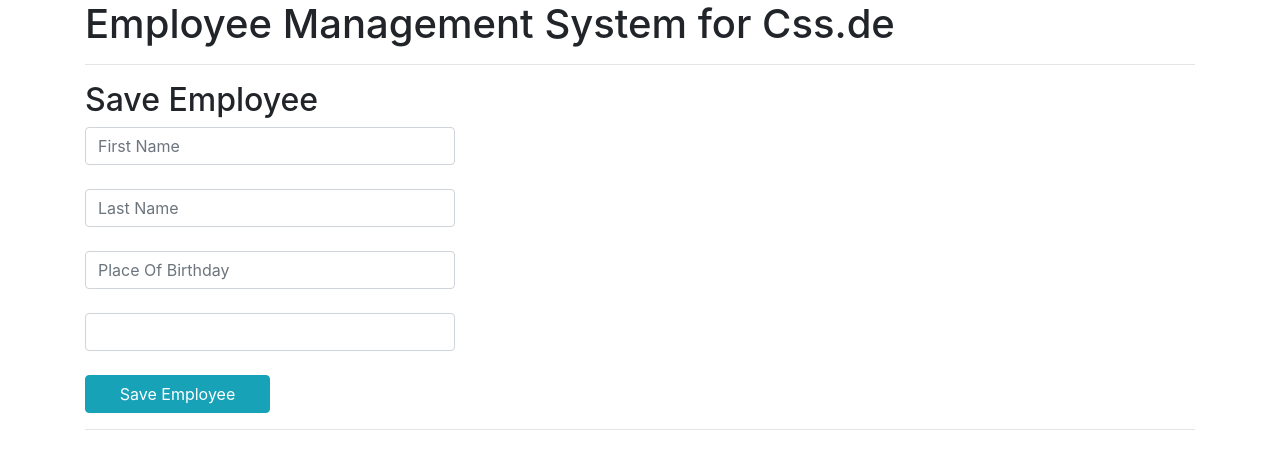
Repository: Len2/Topic4
Page: src/main/resources/templates/newIdCard.html
The author's editor kept a copy of each file at every save. The page is drawn from the files as they stood at one save, then again after a run of saves.
The browser window is 1280 px wide. The pictures show the whole page.

Above is the page before, as saved 2020-09-06 17:41:59.

After the next 2 saves:
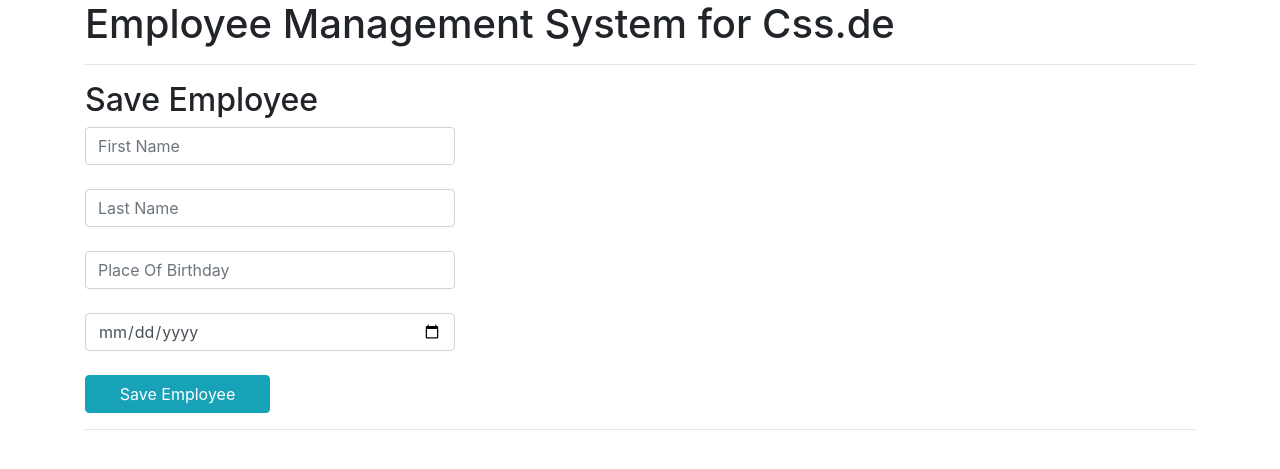
The 2 saves are shown as one change because they came seconds apart.
The last was saved 18 s later.
--- a/src/main/resources/templates/newIdCard.html
+++ b/src/main/resources/templates/newIdCard.html
@@ -27,7 +27,7 @@
             <input type="text" th:field="*{placeOfBirthday}"
             placeholder="Place Of Birthday" class="form-control mb-4 col-4">
 
-            <input type="datetime" th:field="*{dateOfBirthday}"
+            <input type="date" th:field="*{dateOfBirthday}"
              class="form-control mb-4 col-4">
 
 				<button type="submit" class="btn btn-info col-2"> Save Employee</button>
